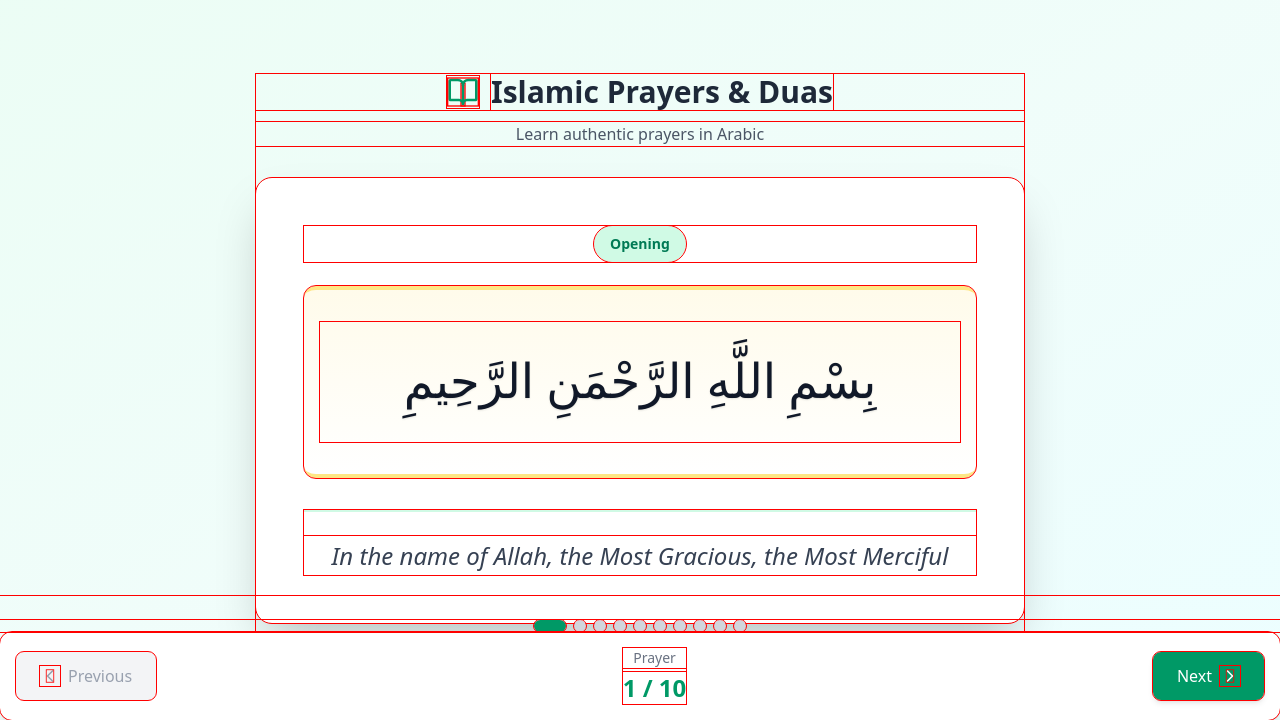
Repository: AbdulquddusMuhammad/prayerApp2.0
Page: /
An editor plug-in stored every save of this project. The page is shown before and after the next save, followed by the edit.
The browser window is 1280 px wide. The pictures show the whole page.
Some web fonts or font styles are not loaded; a fallback is used. The project was rebuilt for these pictures with package versions that can differ from the ones it lists, and the page was loaded fresh each time. Also part of the build but not shown: vite.config.js.

Above is the page before, as saved 2026-01-18 09:18:52.

### index.html
<!DOCTYPE html>
<html lang="en">
  <head>
    <meta charset="UTF-8" />
    <link rel="icon" type="image/sng" href="/prayerAppLogo.png" />
    <meta name="viewport" content="width=device-width, initial-scale=1.0" />
    <title>prayerapp2-0</title>
  </head>
  <body>
    <div id="root"></div>
    <script type="module" src="/src/main.jsx"></script>
  </body>
</html>

### src/main.jsx
import { registerSW } from "virtual:pwa-register";
import { StrictMode } from "react";
import { createRoot } from "react-dom/client";
import "./index.css";
import App from "./App.jsx";

createRoot(document.getElementById("root")).render(
  <StrictMode>
    <App />
  </StrictMode>
);

registerSW({
  onNeedRefresh() {},
  onOfflineReady() {},
});

### src/index.css
@import "tailwindcss";

* {
  outline: 1px solid red;
}

### src/App.jsx
import React, { useState } from "react";
import { ChevronLeft, ChevronRight, BookOpen } from "lucide-react";

const App = () => {
  // Load Quran-style Arabic fonts
  React.useEffect(() => {
    const link = document.createElement("link");
    link.href = "https://fonts.googleapis.com/css2?family=Amiri+Quran&family=Scheherazade+New:wght@400;700&display=swap";
    link.rel = "stylesheet";
    document.head.appendChild(link);
  }, []);
  // Arabic prayers and phrases stored in JavaScript object
  const prayersData = {
    prayers: [
      {
        id: 1,
        arabic: "بِسْمِ اللَّهِ الرَّحْمَنِ الرَّحِيمِ",
        translation: "In the name of Allah, the Most Gracious, the Most Merciful",
        category: "Opening",
      },
      {
        id: 2,
        arabic: "الْحَمْدُ لِلَّهِ رَبِّ الْعَالَمِينَ",
        translation: "All praise is due to Allah, Lord of all the worlds",
        category: "Praise",
      },
      {
        id: 3,
        arabic: "اللَّهُمَّ صَلِّ عَلَى مُحَمَّدٍ وَعَلَى آلِ مُحَمَّدٍ",
        translation: "O Allah, send blessings upon Muhammad and the family of Muhammad",
        category: "Salawat",
      },
      {
        id: 4,
        arabic: "سُبْحَانَ اللَّهِ وَالْحَمْدُ لِلَّهِ وَلَا إِلَهَ إِلَّا اللَّهُ وَاللَّهُ أَكْبَرُ",
        translation: "Glory be to Allah, and praise be to Allah, and there is no god but Allah, and Allah is the Greatest",
        category: "Dhikr",
      },
      {
        id: 5,
        arabic: "رَبَّنَا آتِنَا فِي الدُّنْيَا حَسَنَةً وَفِي الْآخِرَةِ حَسَنَةً وَقِنَا عَذَابَ النَّارِ",
        translation: "Our Lord, give us good in this world and good in the Hereafter, and protect us from the punishment of the Fire",
        category: "Dua",
      },
      {
        id: 6,
        arabic: "اللَّهُمَّ إِنِّي أَسْأَلُكَ الْهُدَى وَالتُّقَى وَالْعَفَافَ وَالْغِنَى",
        translation: "O Allah, I ask You for guidance, piety, chastity, and self-sufficiency",
        category: "Dua",
      },
      {
        id: 7,
        arabic: "رَبِّ اشْرَحْ لِي صَدْرِي وَيَسِّرْ لِي أَمْرِي",
        translation: "My Lord, expand my chest and make my task easy for me",
        category: "Dua",
      },
      {
        id: 8,
        arabic: "لَا إِلَهَ إِلَّا أَنْتَ سُبْحَانَكَ إِنِّي كُنْتُ مِنَ الظَّالِمِينَ",
        translation: "There is no deity except You; exalted are You. Indeed, I have been of the wrongdoers",
        category: "Dua",
      },
      {
        id: 9,
        arabic: "اللَّهُمَّ إِنِّي أَعُوذُ بِكَ مِنَ الْهَمِّ وَالْحَزَنِ",
        translation: "O Allah, I seek refuge in You from anxiety and grief",
        category: "Protection",
      },
      {
        id: 10,
        arabic: "حَسْبُنَا اللَّهُ وَنِعْمَ الْوَكِيلُ",
        translation: "Allah is sufficient for us, and He is the best Disposer of affairs",
        category: "Trust in Allah",
      },
    ],
  };

  const [currentIndex, setCurrentIndex] = useState(0);
  const currentPrayer = prayersData.prayers[currentIndex];

  const goToNext = () => {
    setCurrentIndex((prev) => (prev < prayersData.prayers.length - 1 ? prev + 1 : prev));
  };

  const goToPrevious = () => {
    setCurrentIndex((prev) => (prev > 0 ? prev - 1 : prev));
  };

  return (
    <div className="min-h-screen bg-gradient-to-br from-emerald-50 via-teal-50 to-cyan-50 flex items-center justify-center p-4">
      <div className="max-w-3xl w-full">
        {/* Header */}
        <div className="text-center mb-8">
          <div className="flex items-center justify-center gap-3 mb-3">
            <BookOpen className="w-8 h-8 text-emerald-600" />
            <h1 className="text-3xl font-bold text-gray-800">Islamic Prayers & Duas</h1>
          </div>
          <p className="text-gray-600">Learn authentic prayers in Arabic</p>
        </div>

        {/* Prayer Card */}
        <div className="bg-white rounded-2xl shadow-2xl p-8 md:p-12 mb-6">
          {/* Category Badge */}
          <div className="text-center mb-6">
            <span className="inline-block px-4 py-2 bg-emerald-100 text-emerald-700 text-sm font-semibold rounded-full">{currentPrayer.category}</span>
          </div>

          {/* Arabic Text - Quran Style */}
          <div className="mb-8 px-4 py-8 bg-gradient-to-b from-amber-50 to-transparent rounded-xl border-t-4 border-b-4 border-amber-200" dir="rtl">
            <p
              className="text-4xl md:text-5xl text-gray-900 leading-loose text-center"
              style={{
                fontFamily: "'Amiri Quran', 'Scheherazade New', 'Traditional Arabic', serif",
                lineHeight: "2.5",
                textShadow: "0 1px 2px rgba(0,0,0,0.1)",
              }}>
              {currentPrayer.arabic}
            </p>
          </div>

          {/* Translation */}
          <div className="border-t-2 border-emerald-100 pt-6">
            <p className="text-xl md:text-2xl text-gray-700 text-center italic leading-relaxed">{currentPrayer.translation}</p>
          </div>
        </div>

        <div className="fixed bottom-0 left-0 right-0">
          {/* Progress Dots */}
          <div className="flex justify-center gap-2 mt-6">
            {prayersData.prayers.map((_, index) => (
              <button key={index} onClick={() => setCurrentIndex(index)} className={`w-3 h-3 rounded-full transition-all ${index === currentIndex ? "bg-emerald-600 w-8" : "bg-gray-300 hover:bg-gray-400"}`} />
            ))}
          </div>
          {/* Navigation Controls */}
          <div className="flex items-center justify-between bg-white rounded-xl shadow-lg p-4">
            <button onClick={goToPrevious} disabled={currentIndex === 0} className={`flex items-center gap-2 px-6 py-3 rounded-lg font-medium transition-all ${currentIndex === 0 ? "bg-gray-100 text-gray-400 cursor-not-allowed" : "bg-emerald-600 text-white hover:bg-emerald-700 shadow-md"}`}>
              <ChevronLeft className="w-5 h-5" />
              Previous
            </button>

            <div className="text-center">
              <p className="text-sm text-gray-500 mb-1">Prayer</p>
              <p className="text-2xl font-bold text-emerald-600">
                {currentIndex + 1} / {prayersData.prayers.length}
              </p>
            </div>

            <button onClick={goToNext} disabled={currentIndex === prayersData.prayers.length - 1} className={`flex items-center gap-2 px-6 py-3 rounded-lg font-medium transition-all ${currentIndex === prayersData.prayers.length - 1 ? "bg-gray-100 text-gray-400 cursor-not-allowed" : "bg-emerald-600 text-white hover:bg-emerald-700 shadow-md"}`}>
              Next
              <ChevronRight className="w-5 h-5" />
            </button>
          </div>
        </div>
      </div>
    </div>
  );
};

export default App;

After the next save:
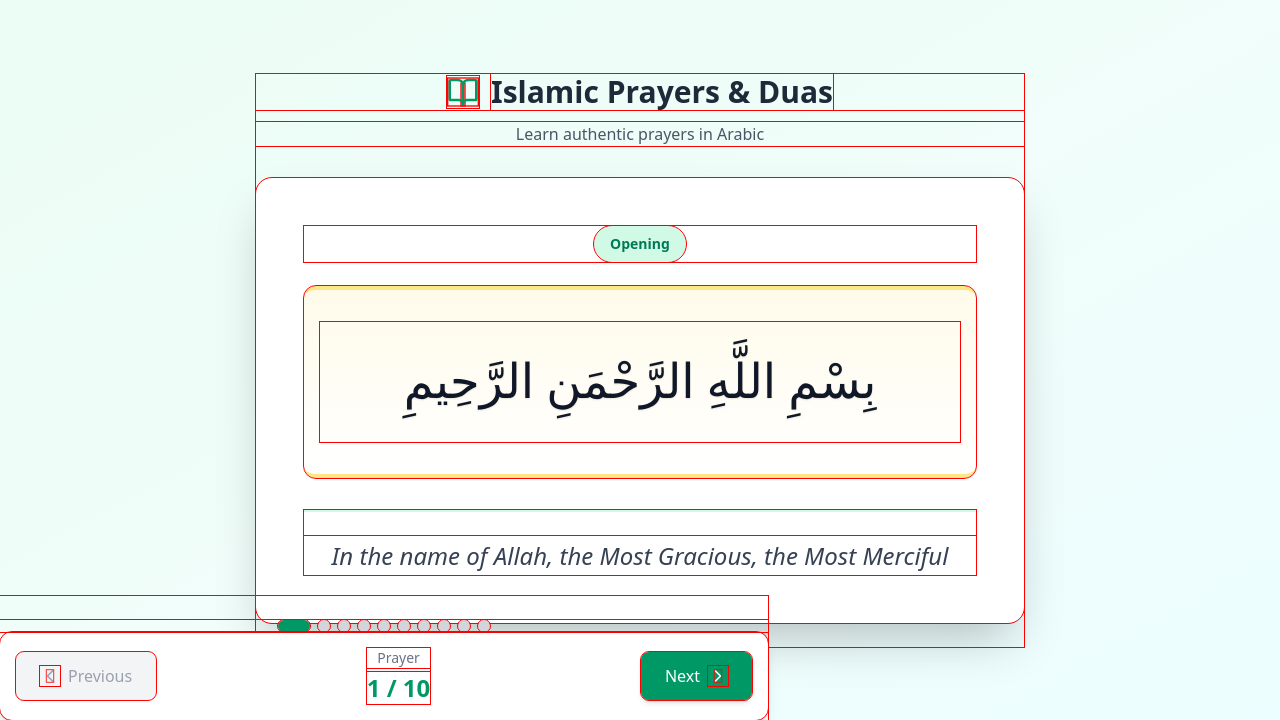
Saved 46 s later.
--- a/src/App.jsx
+++ b/src/App.jsx
@@ -124,7 +124,7 @@
           </div>
         </div>
 
-        <div className="fixed bottom-0 left-0 right-0">
+        <div className="fixed bottom-0 left-0 right-0 max-w-3xl w-full">
           {/* Progress Dots */}
           <div className="flex justify-center gap-2 mt-6">
             {prayersData.prayers.map((_, index) => (

After the save that followed:
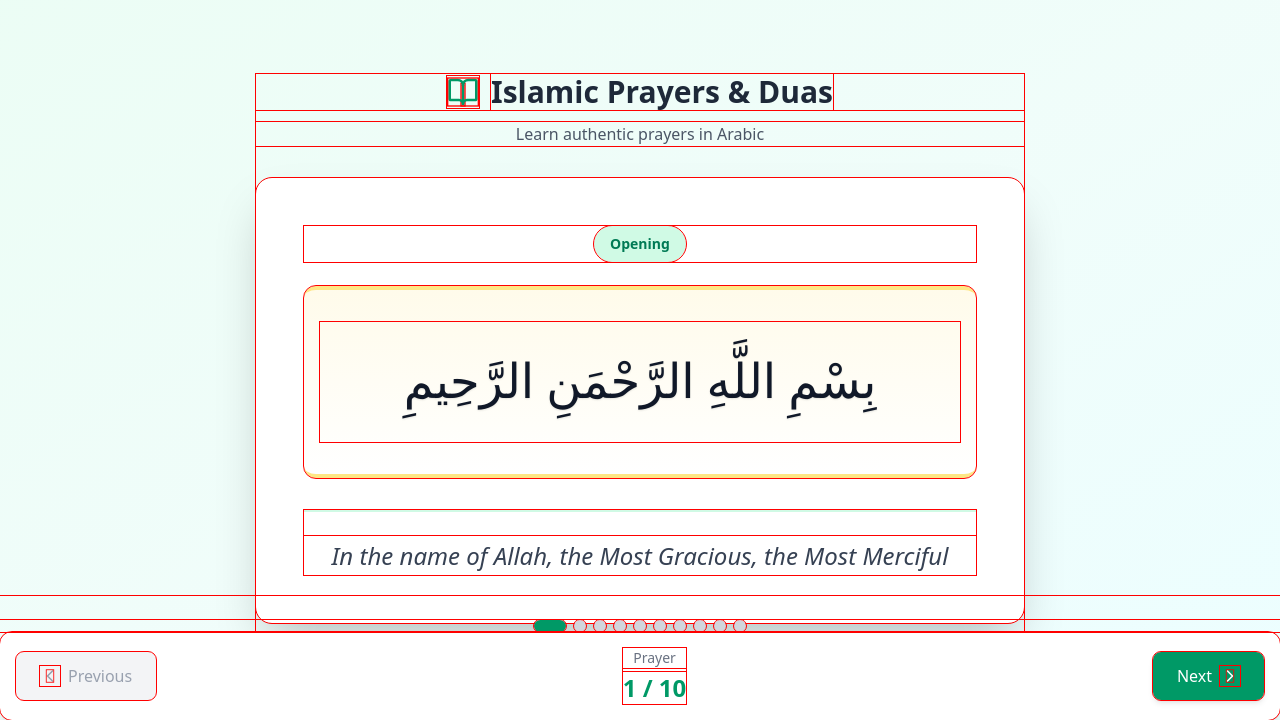
Saved 16 s later.
--- a/src/App.jsx
+++ b/src/App.jsx
@@ -124,7 +124,7 @@
           </div>
         </div>
 
-        <div className="fixed bottom-0 left-0 right-0 max-w-3xl w-full">
+        <div className="fixed bottom-0 left-0 right-0">
           {/* Progress Dots */}
           <div className="flex justify-center gap-2 mt-6">
             {prayersData.prayers.map((_, index) => (
